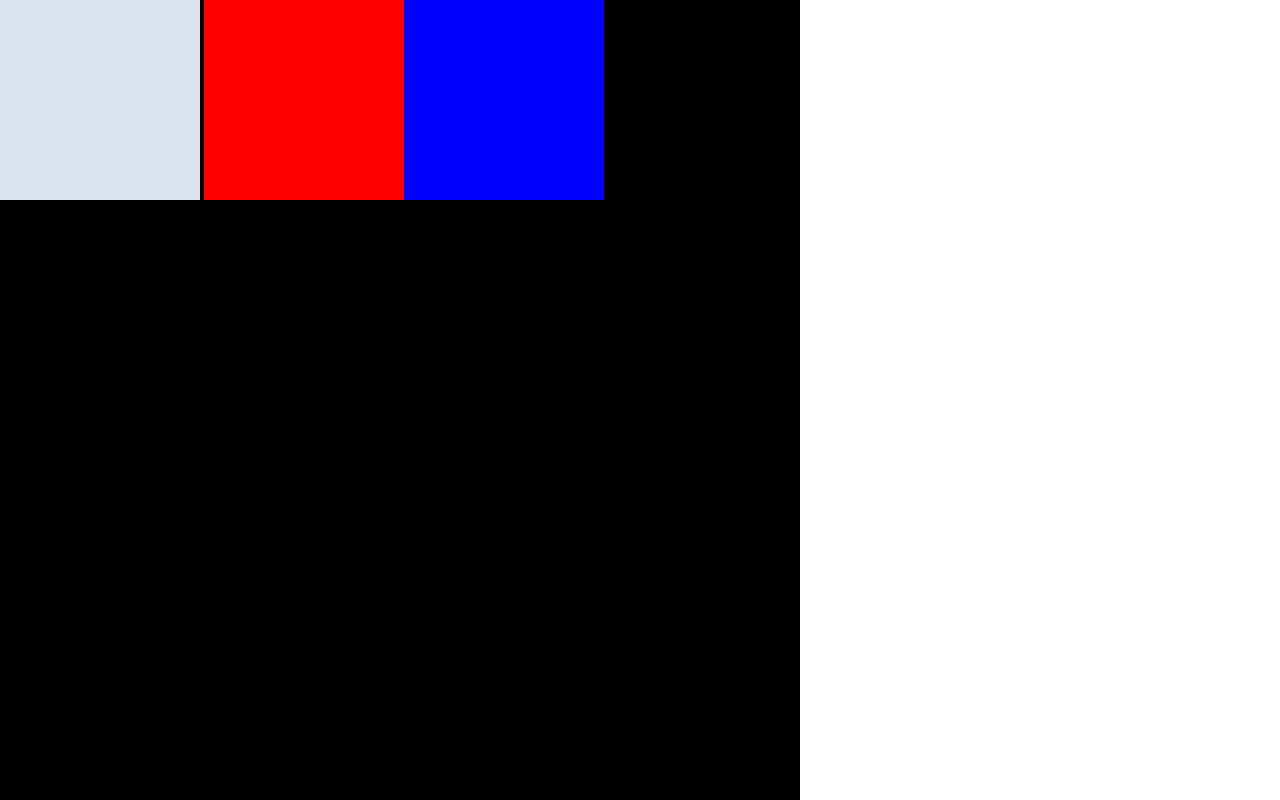
Repository: EpiTao-LLC/Personal_web_page
Page: scratch.html
The author's editor kept a copy of each file at every save. The page is drawn from the files as they stood at one save, then again after the next save.
The browser window is 1280 px wide. The pictures show the whole page.

Above is the page before, as saved 2020-05-20 15:50:06.

### scratch.html
<!DOCTYPE html>
<html lang="en">
<head>
    <meta charset="UTF-8">
    <meta name="viewport" content="width=device-width, initial-scale=1.0">
    <title>Chris Larson</title>
    <link rel="stylesheet" href="css/scratch.css">

</head>
<body>
    <div class ="big_container">
        <div class = "top_container">

        </div>
        <div class="middle_container">

        </div>
        <div class="bottom_container">

        </div>
    </div>
</body>
</html>

### css/scratch.css
body {
    margin: 0;
}
h1 {
    margin-top: 0;
}
.big_container {
    background-color: black;
    display: inline-block;
    height: 800px;
    width: 800px;
}
.top_container {
    background-color: #dbe2ef;
    width: 200px;
    height: 200px;
    display: inline-block;
}
.middle_container {
    width: 200px;
    height: 200px;
    background-color: red;
    display: inline-block;
    position: relative;
    left: 200;

}
.bottom_container {
    width: 200px;
    height: 200px;
    background-color: blue;
    display: inline-block;
    position: absolute;
    right: 200;
}

After the next save:
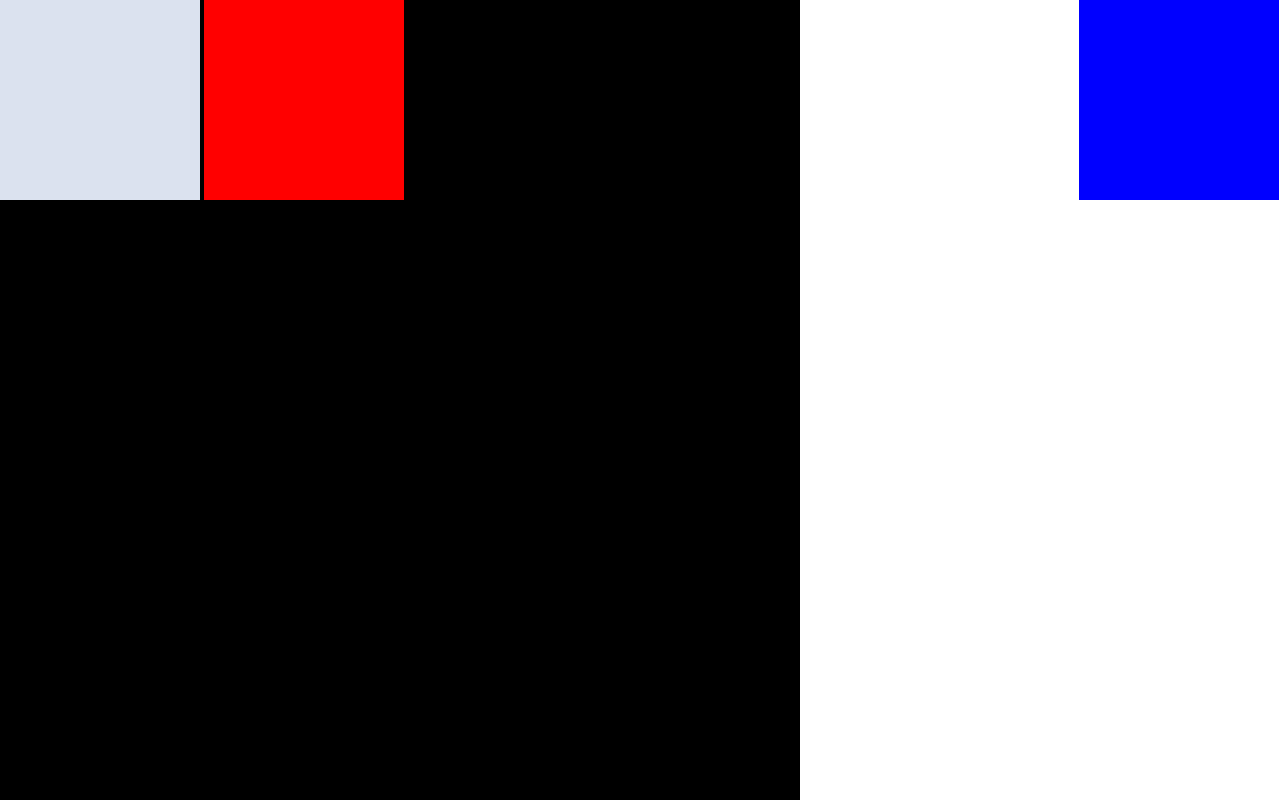
Saved 24 s later.
--- a/css/scratch.css
+++ b/css/scratch.css
@@ -31,5 +31,5 @@ h1 {
     background-color: blue;
     display: inline-block;
     position: absolute;
-    right: 200;
+    right: 1px;
 }
